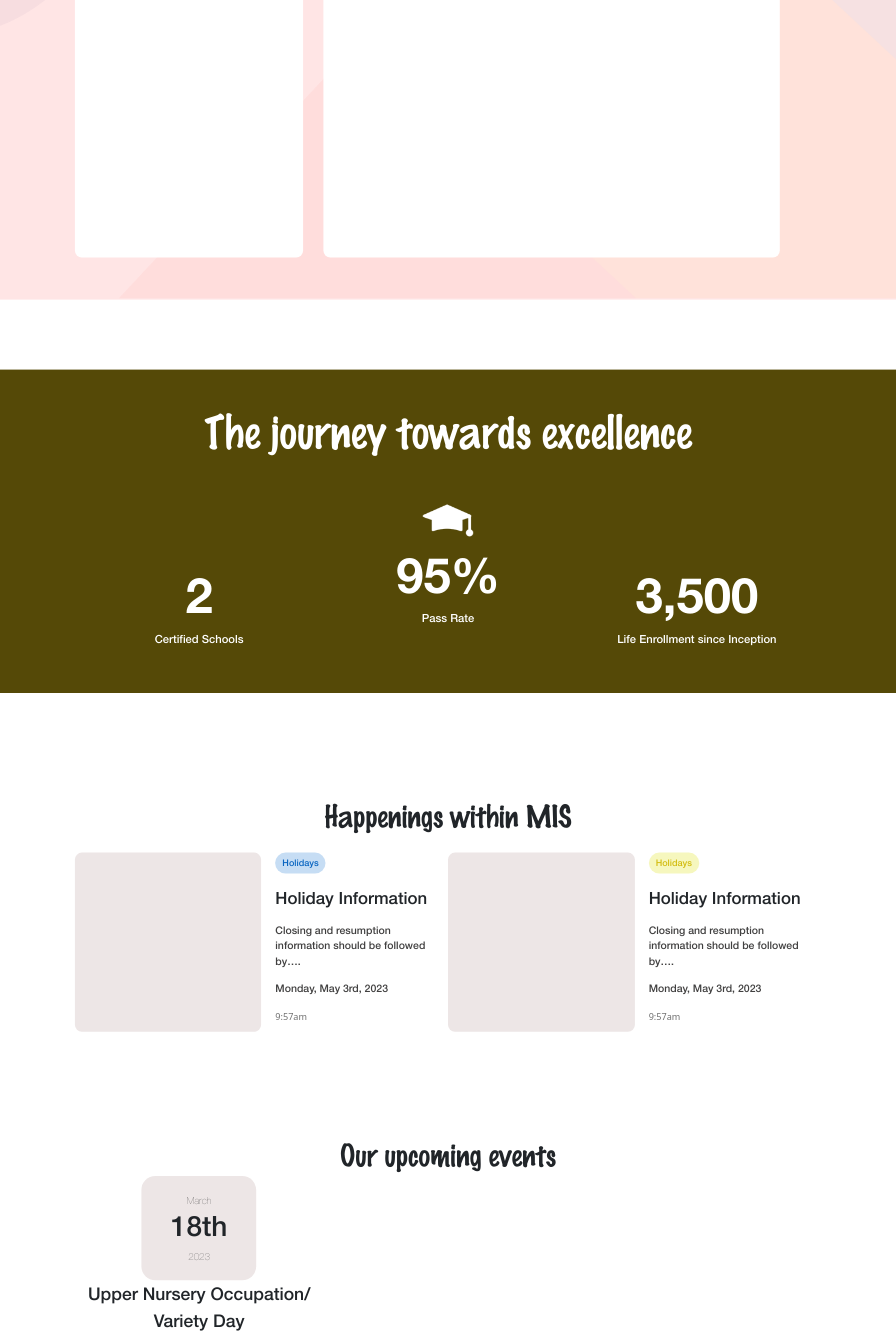
Repository: sarahnnanyelugo/MIGS
Page: /
The author's editor kept a copy of each file at every save. The page is drawn from the files as they stood at one save, then again after the next save.
The browser window is 1280 px wide. The pictures show the part of the page from y = 3530 to 5450 px (the page is 5450 px tall), at 70% of full size.
The project was rebuilt for these pictures with package versions that can differ from the ones it lists, and the page was loaded fresh each time.

Above is the page before, as saved 2023-05-30 14:11:19.

After the next save:
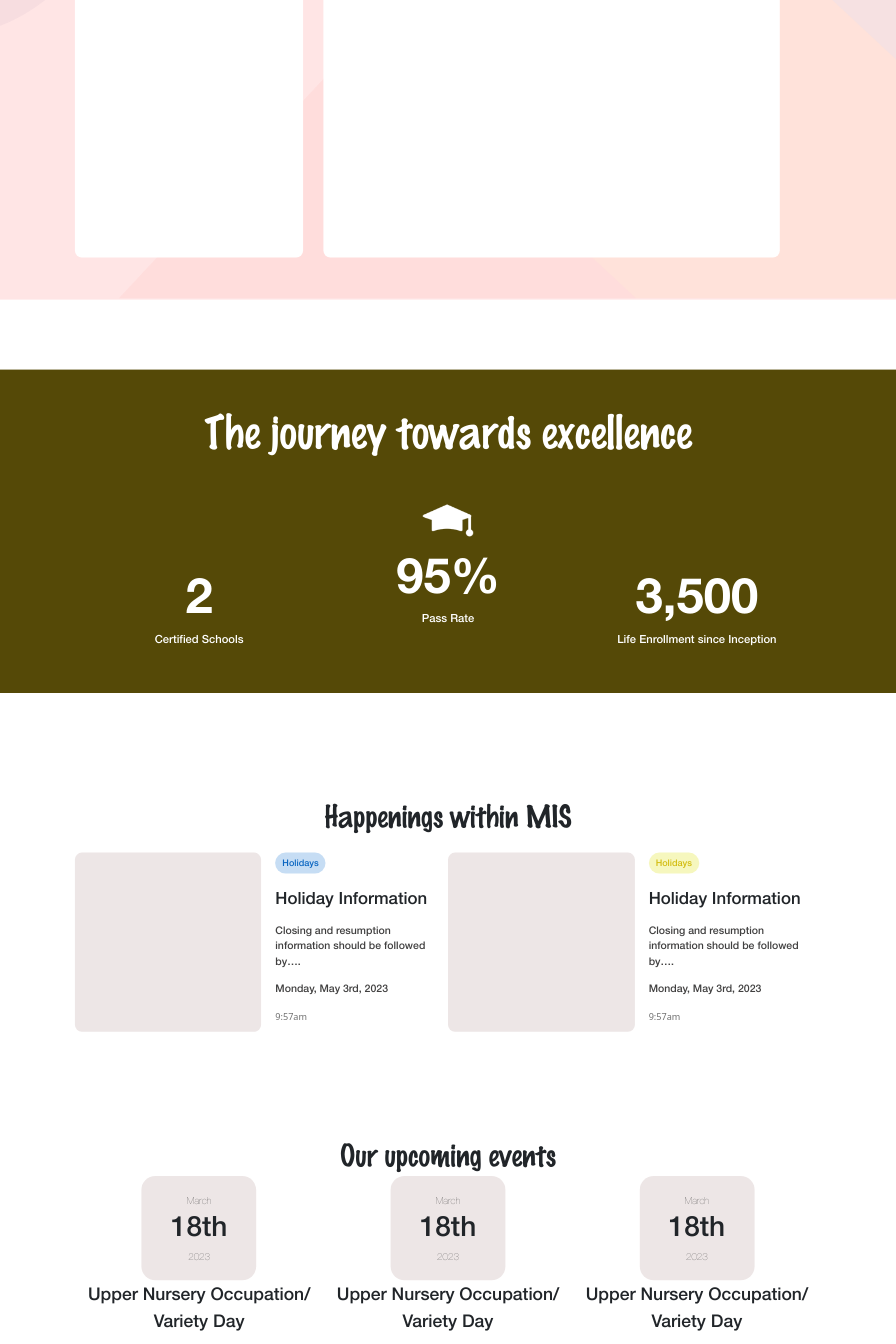
Saved 17 s later.
--- a/src/pages/Home/Home.js
+++ b/src/pages/Home/Home.js
@@ -294,6 +294,26 @@ function Home() {
               </p>
             </center>
           </div>
+          <div className="col-md-4">
+            <center>
+              <Events year="2023" month="March" day="18th" />
+              <p>
+                Upper Nursery Occupation/
+                <br />
+                Variety Day
+              </p>
+            </center>
+          </div>
+          <div className="col-md-4">
+            <center>
+              <Events year="2023" month="March" day="18th" />
+              <p>
+                Upper Nursery Occupation/
+                <br />
+                Variety Day
+              </p>
+            </center>
+          </div>
         </div>
       </div>
       <div>
